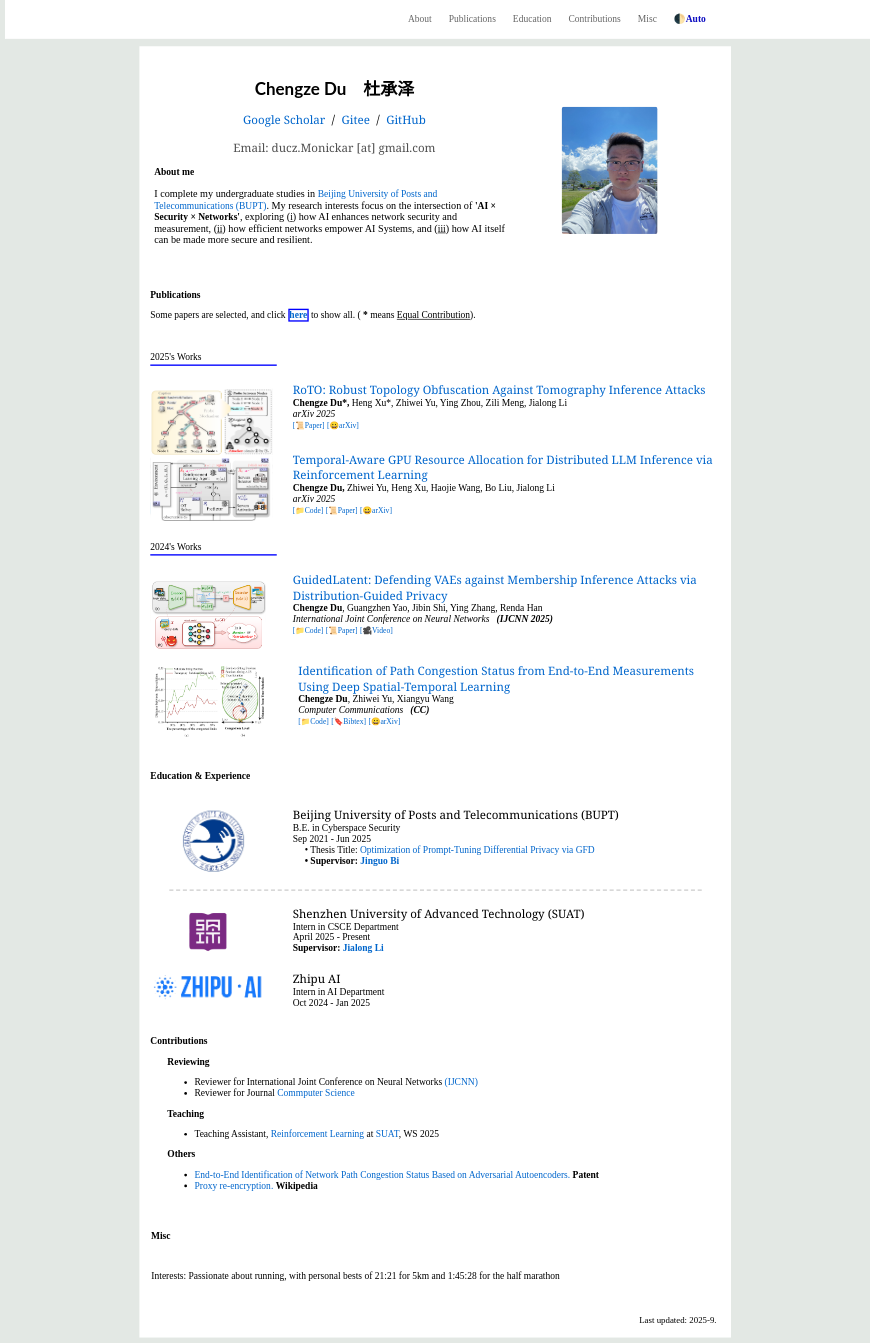
Repository: Monickar/Monickar.github.io
Page: index.html
An editor plug-in stored every save of this project. The page is shown before and after the next save, followed by the edit.
The browser window is 1280 px wide. The pictures show the whole page, at 68% of full size.

Above is the page before, as saved 2025-10-28 18:50:03.

After the next save:
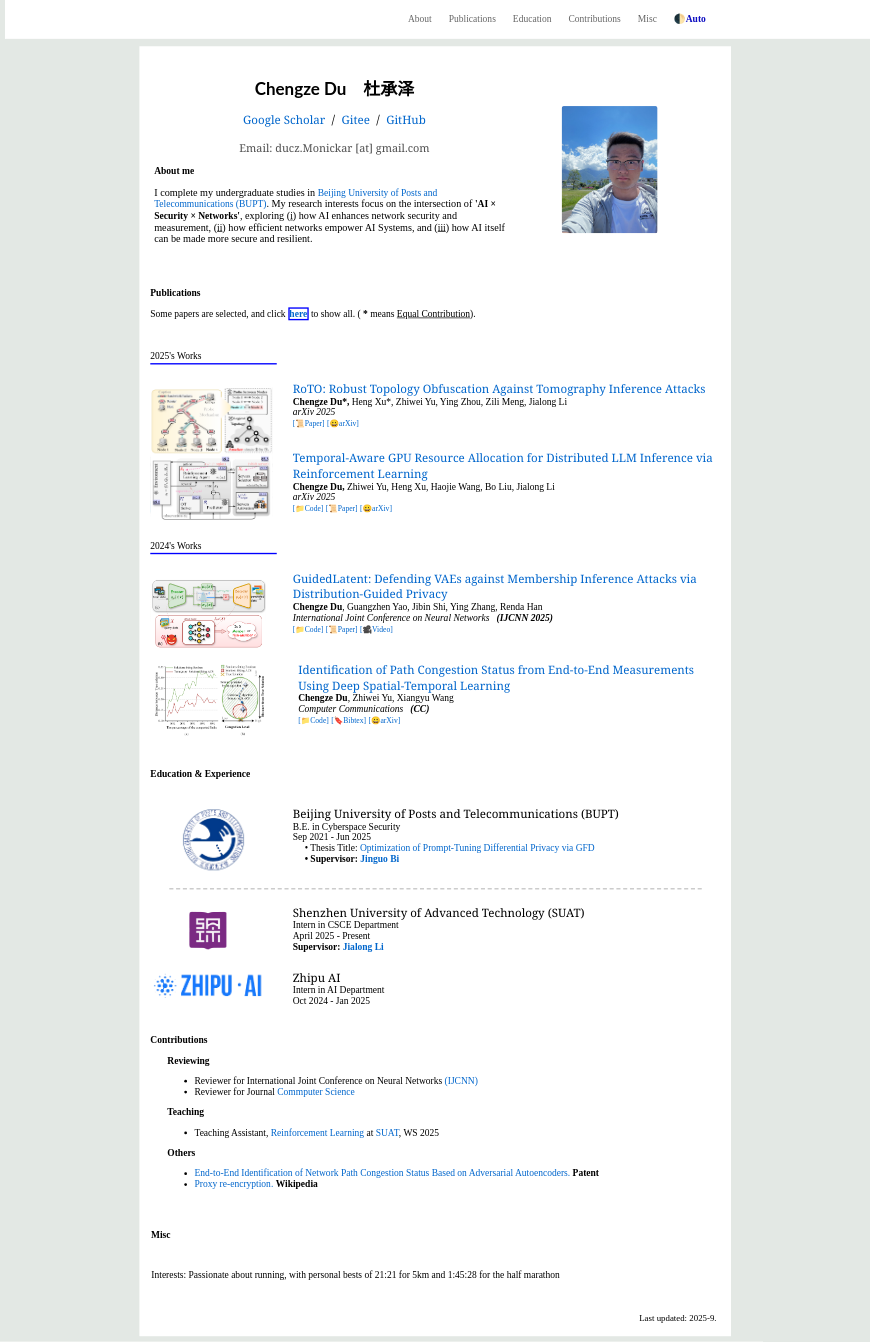
Saved 10 s later.
--- a/index.html
+++ b/index.html
@@ -60,7 +60,7 @@
                   <a href="https://github.com/Monickar" class="papertitle">GitHub</a>
                 </p>
 
-                <p style="text-align:center; font-size: 17px; font-family: Georgia; color: rgb(80, 80, 80);">
+                <p style="text-align:center; font-size: 16px; font-family: Georgia; color: rgb(80, 80, 80);">
                 Email: ducz.Monickar [at] gmail.com
                 </p>
                 <h2>About me</h2>
